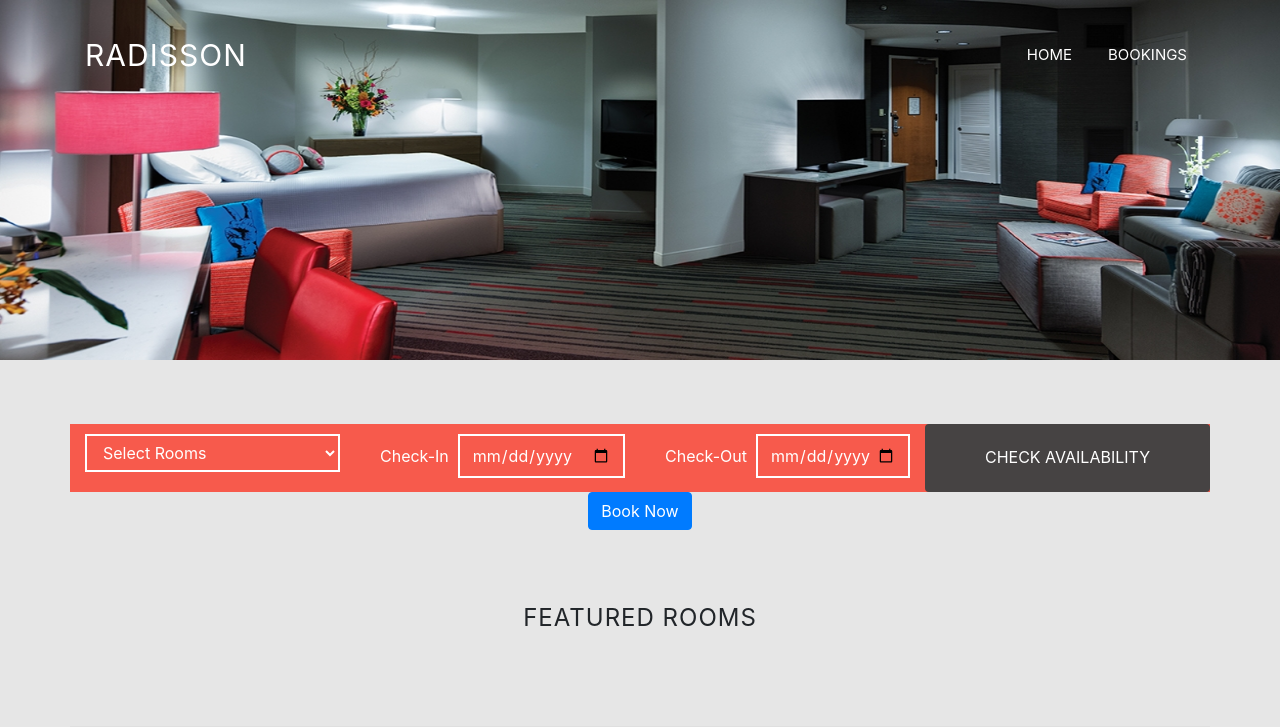
Repository: kapsky5/HotelManagement
Page: rooms.html
The author's editor kept a copy of each file at every save. The page is drawn from the files as they stood at one save, then again after the next save.
The browser window is 1280 px wide. The pictures show the part of the page from y = 0 to 727 px (the page is 2094 px tall before and 2134 px after).
Pictures or frames that could not be fetched are drawn as grey boxes. Some web libraries are served in a nearby version.

Above is the page before, as saved 2019-11-07 02:56:45.

### rooms.html
<!DOCTYPE html>
<html lang="en">
<head>
    <meta charset="UTF-8">
    <meta name="viewport" content="width=device-width, initial-scale=1.0">
    <meta http-equiv="X-UA-Compatible" content="ie=edge">
    <title>RADISSON BLU</title>
    <link rel="stylesheet" href="css/main.css">
    <link rel="stylesheet" href="https://maxcdn.bootstrapcdn.com/bootstrap/4.0.0/css/bootstrap.min.css" integrity="sha384-Gn5384xqQ1aoWXA+058RXPxPg6fy4IWvTNh0E263XmFcJlSAwiGgFAW/dAiS6JXm" crossorigin="anonymous">
    <!-- <script src="https://kit.fontawesome.com/82e6195eae.js" crossorigin="anonymous"></script> -->
</head>
<body>

    <nav class="navbar navbar-expand-lg navbar-light fixed-top" id="caro" style="margin-top: 20px;">
        <div class="container">
            <a class="navbar-brand" href="#">RADISSON</a>
            <button class="navbar-toggler" type="button" data-toggle="collapse" data-target="#navbarSupportedContent">
                <span class="navbar-toggler-icon"></span>
            </button>

            <div class="collapse navbar-collapse" id="navbarSupportedContent" >
                <ul class="navbar-nav ml-auto">
                    <li class="nav-item active ">
                        <a class="nav-link" href="./index.html">Home <span class="sr-only">(current)</span></a>
                    </li>
                    <li class="nav-item">
                        <a class="nav-link" href="./rooms.html">Bookings</a>
                    </li>
                </ul>
            </div>
        </div>
    </nav>

    <div>
        <img src="./images/cover1.jpg" class="image">
    </div>

    <div class="containerz">
        <div class="container" style="padding: 0px;">
            <br>
            <div class="row avail">
                <div class="col-md-3" style="padding-top: 10px;">
                    <div class="form-group">
                        <select class="form-control" placeholder="Select-Room">
                            <option>Select Rooms</option>
                            <option>Suites</option>
                            <option>Deluxe Rooms</option>
                            <option>King Rooms</option>
                            <option>Single</option>
                        </select>
                    </div>
                </div>
                <div class="col-md-3" style="padding-top: 10px;">
                    <div class="input-group">
                        <div class="input-group-prepend" style="padding: 10px;">
                            <span>Check-In</span>
                        </div>
                        <input class="form-control" type="date" id="from">
                    </div>
                </div>
                <div class="col-md-3" style="padding-top: 10px;">
                    <div class="input-group">
                        <div class="input-group-prepend" style="padding: 10px;" >
                            <span>Check-Out</span>
                        </div>
                        <input class="form-control" type="date" id="to">
                    </div>
                </div>
                <button class="col-md-3 btn btn-default" style="background-color: #464343; padding-top: 20px;" type="submit">
                    <div class="text-center" style="color: white;">
                        <p>CHECK AVAILABILITY</p>
                    </div>
                </button>
            </div>

            <div class="text-center">
                <button class="btn btn-primary">Book Now</button>
            </div>

            <div class="text-center" style="padding: 70px 0 50px 0;">
                <p class="heading1">Featured rooms</p>
            </div>
            <br>
            <div class="card">
                <div class="card-body">
                    <div class="row">
                        <div class="col-md-7 imgx">
                            <img class="room-img" src="images/suite.jpg">
                        </div>
                        <div class="col-md-5 dpt" >
                            <h3 class="head-room">Suites</h3>
                            <br>
                            <p>Pellentesque habitant morbi tristique senectus et netus ett mauada fames ac turpis egestas. Etiam euismod tempor leo, in suscipit urna condimentum sed. Vivamus augue enim, consectetur ac interdum a, pulvinar ac massa. Nullam malesuada congue</p>
                            <br>
                            <button class="btn">Book Now</button>
                        </div>
                    </div>
                </div>
            </div>
            <div class="card" style="margin: 40px 0px;">
                <div class="card-body">
                    <div class="row">
                        <div class="col-md-6 dpt">
                            <h3 class="head-room">King rooms</h3>
                            <br>
                            <p>Pellentesque habitant morbi tristique senectus et netus ett mauada fames ac turpis egestas. Etiam euismod tempor leo, in suscipit urna condimentum sed. Vivamus augue enim, consectetur ac interdum a, pulvinar ac massa. Nullam malesuada congue</p>
                            <br>
                            <button class="btn">Book Now</button>
                        </div>
                        <div class="col-md-6 imgx">
                            <img class="room-img" src="images/suite.jpg">
                        </div>
                    </div>
                </div>
            </div>
            <div class="card" >
                <div class="card-body">
                    <div class="row">
                        <div class="col-md-3 imgx">
                            <img class="room-img" src="images/suite.jpg">
                        </div>
                        <div class="col-md-3 dpts" >
                            <h3 class="head-room">Single</h3>
                            <br>
                            <p>Pellentesque habitant morbi tristique senectus et netus ett mauada fames ac turpis egestas. Etiam euismod tempor leo, in suscipit urna condimentum sed.</p>
                            <br>
                            <button class="btn">Book Now</button>
                        </div>
                        <div class="col-md-3 imgx   ">
                            <img class="room-img" src="images/suite.jpg">
                        </div>
                        <div class="col-md-3 dpts">
                            <h3 class="head-room">Suite</h3>
                            <br>
                            <p>Pellentesque habitant morbi tristique senectus et netus ett mauada fames ac turpis egestas. Etiam euismod tempor leo, in suscipit urna condimentum sed.</p>
                            <br>
                            <button class="btn">Book Now</button>
                        </div>
                    </div>
                </div>
            </div>

        </div>
    </div>

    <script src="https://code.jquery.com/jquery-3.2.1.slim.min.js" integrity="sha384-KJ3o2DKtIkvYIK3UENzmM7KCkRr/rE9/Qpg6aAZGJwFDMVNA/GpGFF93hXpG5KkN" crossorigin="anonymous"></script>
    <script src="https://cdnjs.cloudflare.com/ajax/libs/popper.js/1.12.9/umd/popper.min.js" integrity="sha384-ApNbgh9B+Y1QKtv3Rn7W3mgPxhU9K/ScQsAP7hUibX39j7fakFPskvXusvfa0b4Q" crossorigin="anonymous"></script>
    <script src="https://maxcdn.bootstrapcdn.com/bootstrap/4.0.0/js/bootstrap.min.js" integrity="sha384-JZR6Spejh4U02d8jOt6vLEHfe/JQGiRRSQQxSfFWpi1MquVdAyjUar5+76PVCmYl" crossorigin="anonymous"></script>
</body>
</html>

<!--
<div class="image" style="background-image:url(assets/images/hotel_feture_1.jpg);">
    <div class="descrip text-center">
      <p><small>For as low as</small><span>$100/night</span></p>
    </div>
  </div> -->

### css/main.css
.fixed-top{
    position: absolute !important;
}
.carousel-item{
    height: 100vh;
    min-height: 300px;
    background: no-repeat center center scroll;
    -webkit-baackground-size: cover;
    background-size: cover;
    position: absolute;
}
.carousel-caption {
    top: 40% !important;
}
.carousel-caption h5{
    color: #ffffff;
    text-transform: uppercase;
    font-size: 35px;
    letter-spacing: 2px;
    margin-top:25px;
}
.navbar-light .nav-link{
    text-transform: uppercase;
    color: #ffffff !important;
    font-size: 15px;
    margin-left: 20px;
}
.navbar-light .navbar-brand{
    color: #ffffff !important;
    font-size: 30px;
    letter-spacing: 1px;
}
.nav-link:active, .nav-link:hover {
    color: #F75A4C !important;
}
.carousel-caption .btn {
    margin: 40px 20px;
    padding: 15px 30px;
    border-radius: 40px;
    background: #F75A4C;
    border: none;
    text-transform: uppercase;
    font-size: 18px;
}
.carousel-caption .btn:hover{
    background: #454244;
}
.fac{
    margin: 0 auto;
    font-size: 25px;
    letter-spacing: 1px;
}
.tabx h6{
    font-weight: 600 !important;
}
.nav-item.nav-link{
    color: rgb(192, 192, 192);
}
.nav-item.nav-link.active{
    color: #F75A4C !important;
    background-color: #ffffff !important;
}
#tabs .nav > a{
    border-radius: 0px;
    padding: 40px 1rem;
    border-bottom: 1px solid rgb(192, 192, 192);
}
#tabs .nav > a.active{
    border-bottom: 1px solid #F75A4C;
}
.containerx{
    padding: 40px;
}
.containerx p{
    font-size: 18px;
    line-height: 1.8;
    color: #848484;
}
.tabImg{
    max-width: 100%;
    height: 550px;
}
.heading{
    color: #F75A4C;
    text-transform: uppercase;
    margin-bottom: 20px;
}
.sub-heading{
    margin-top: 20px;
    font-size: 16px;
    color: rgb(192, 192, 192);
}
.foot{
    margin-top: 50px;
    background-color: #E6E6E6;
}
.rowinfoot{
    padding: 30px 0px;
}
.foo-head{
    font-size: 20px;
    color: #F75A4C;
    margin: 20px 0;
}
.foo-text{
    font-size: 16px;
    line-height: 1.5;
}
.foo-text li a{
    color: black;
    text-decoration: none;
}
.copyright {
    color: white;
    background: #554f53;
    justify-content: center;
}
.copyright p{
    margin-bottom: 0;
}
.image{
    width: 100%;
    height: 50vh;
}
.containerz{
    background-color: #E6E6E6;
}
.heading1{
    text-transform: uppercase;
    font-size: 24px;
    letter-spacing: 1px;
}
.room-img{
    width: 100%;
    height: 415px;
}
.card{
    border-radius: 0px !important;
}
.card-body{
    padding: 0px !important;
}
.head-room{
    color: #F75A4C;
    font-size: 22px;
    text-transform: uppercase;
    letter-spacing: 1px;
}
.card-body.row.col-md-5, .card-body.row.col-md-7, .card-body.row.col-md-6, .card-body.row.col-md-3{
    padding: 0px !important;
}

.containerz .imgx, .containerz .imgx{
    padding: 0px !important;
}
.dpt, .dpts{
    padding: 40px 50px !important;
}
.dpt p{
    font-size: 18px;
    line-height: 1.8;
    color: #848484;
}
.dpts p{
    font-size: 16px;
    line-height: 1.5;
    color: #848484;
}
.row{
    margin: 0px !important;
}
.card .btn{
    padding: 10px 30px;
    border-radius: 0px;
    background: #F75A4C;
    border: none;
    text-transform: uppercase;
    font-size: 18px;
}
.avail{
    color: white;
    margin-top: 40px !important;
    background-color: #F75A4C;
    padding: auto auto;
}
.form-control{
    background-color: #F75A4C !important;
    color: white !important;
    border-radius: 0 !important;
    border: 2px solid white !important;
}
input[type=date]::-webkit-inner-spin-button {
    -webkit-appearance: none;
    display: none;
}

After the next save:
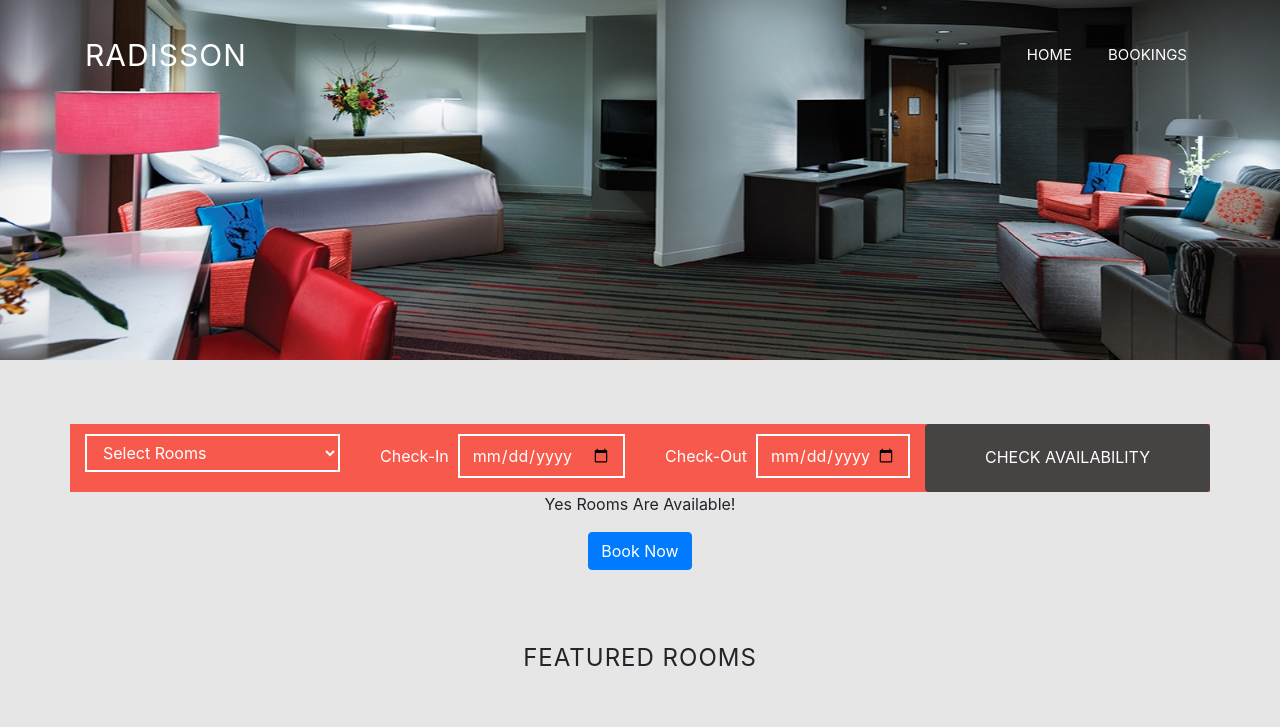
Saved 32 s later.
--- a/rooms.html
+++ b/rooms.html
@@ -74,6 +74,7 @@
             </div>
 
             <div class="text-center">
+                <p>Yes Rooms Are Available!</p>
                 <button class="btn btn-primary">Book Now</button>
             </div>
 
